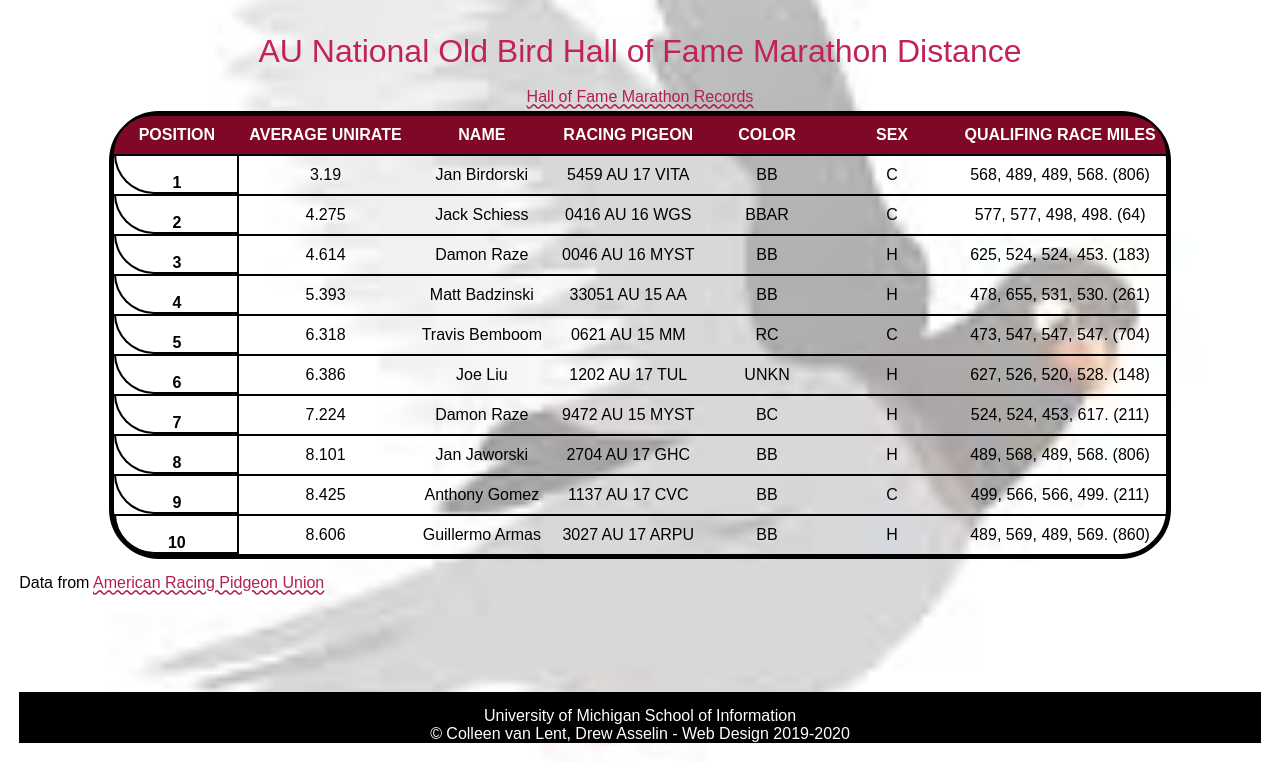
Repository: jiaqili0803/SI_539
Page: hw4-2021-main/hw4-2021-main/index.html
An editor plug-in stored every save of this project. The page is shown before and after the next save, followed by the edit.
The browser window is 1280 px wide. The pictures show the whole page.
Some web fonts or font styles are not loaded; a fallback is used.

Above is the page before, as saved 2021-10-02 17:17:54.

After the next save:
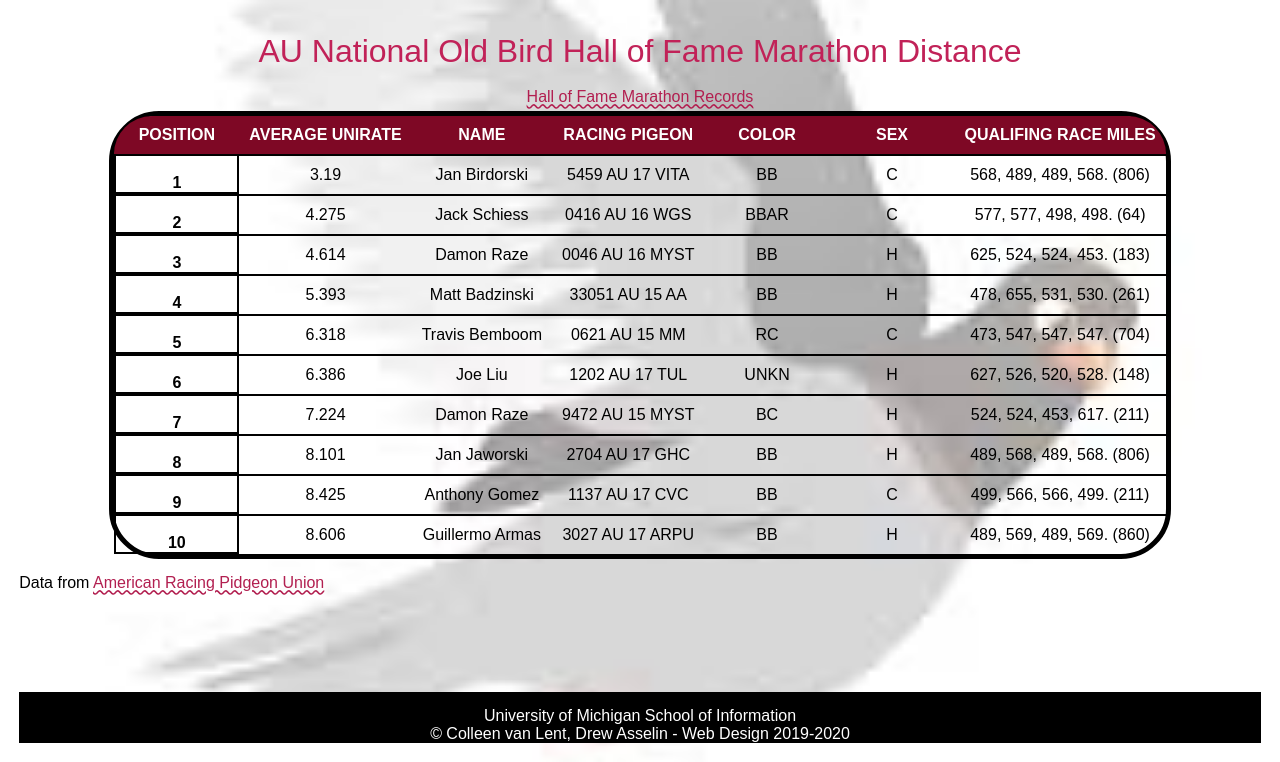
Saved 39 s later.
--- a/hw4-2021-main/hw4-2021-main/css/style.css
+++ b/hw4-2021-main/hw4-2021-main/css/style.css
@@ -119,7 +119,7 @@ You can use Inspect Element or your editor to find selectors. */
   border-top-right-radius: 50px;
 }
 
-.rowhead:first-child{
+.rowhead:last-child{
   border-bottom-left-radius: 50px;
 
 }
